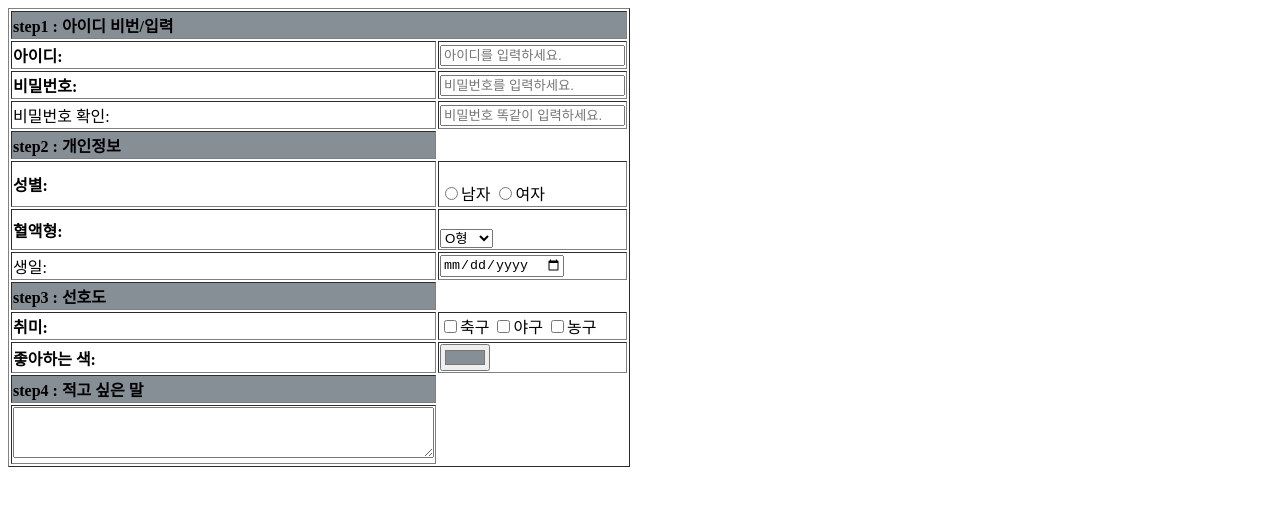
Repository: pillz9408/Jsp-Servlet
Page: jspstudy/day02/src/main/webapp/Lab2Join.html
These files come from the project's save history. The page is drawn as it stood at one moment and after the next save; the edit follows.
The browser window is 1280 px wide. The pictures show the whole page.

Above is the page before, as saved 2022-10-05 06:06:53.

After the next save:
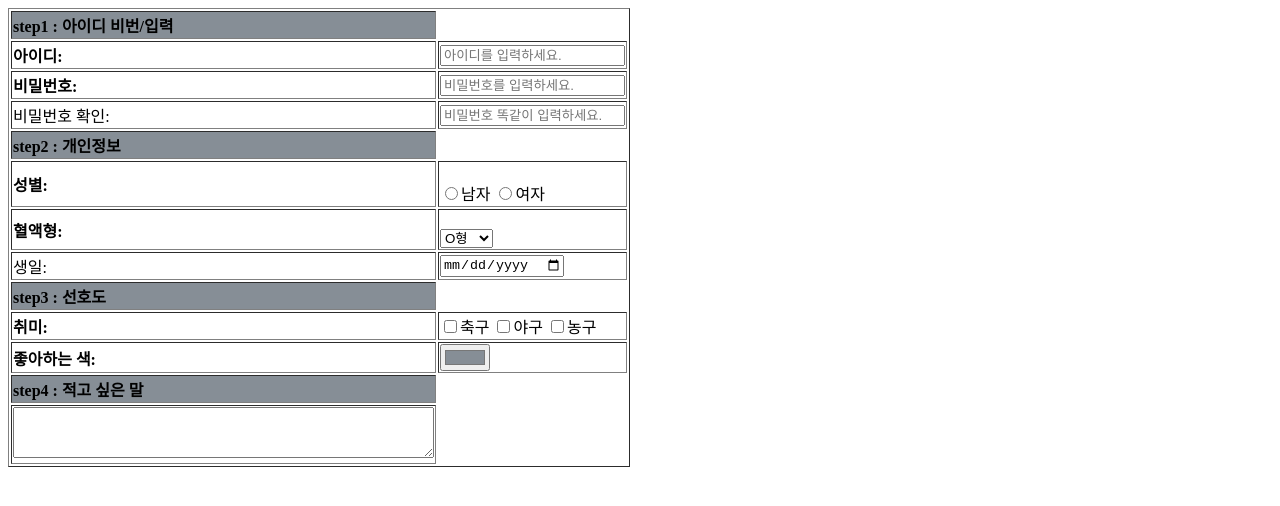
Saved 35 s later.
--- a/jspstudy/day02/src/main/webapp/Lab2Join.html
+++ b/jspstudy/day02/src/main/webapp/Lab2Join.html
@@ -11,23 +11,23 @@
 	<td colspan="2" bgcolor="#868e96"><b>step1 : 아이디 비번/입력</b></td>
 	</tr>
 	<tr>
-	<td><b>아이디:</b></td><td><input type="text" name="id" placeholder="아이디를 입력하세요."></td>
+	<td colspan="2"><b>아이디:</b></td><td><input type="text" name="id" placeholder="아이디를 입력하세요."></td>
 	</tr>
 	<tr>
-	<td><b>비밀번호:</b></td><td><input type="password" name="pass" placeholder="비밀번호를 입력하세요."></td>
+	<td colspan="2"><b>비밀번호:</b></td><td><input type="password" name="pass" placeholder="비밀번호를 입력하세요."></td>
 	</tr>
 	<tr>
-	<td>비밀번호 확인:</td><td><input type="password" name="passcheck" placeholder="비밀번호 똑같이 입력하세요."> </td>
+	<td colspan="2">비밀번호 확인:</td><td><input type="password" name="passcheck" placeholder="비밀번호 똑같이 입력하세요."> </td>
 	</tr>
 	<tr>
 	<td bgcolor="#868e96"><b>step2 : 개인정보</b></td>
 	</tr>
 	<tr>
-	<td><b>성별: </b></td><td><br><input type="radio"name="gender" value="남자">남자
+	<td colspan="2"><b>성별: </b></td><td><br><input type="radio"name="gender" value="남자">남자
 	<input type="radio"name="gender" value="여자">여자</td>
 	</tr>
 	<tr>
-	<td><b>혈액형:</b></td><td><br><select name='btype'>
+	<td colspan="2"><b>혈액형:</b></td><td><br><select name='btype'>
 		<option value="o">O형
 		<option value="A">A형
 		<option value="B">B형
@@ -36,19 +36,19 @@
 		</td>
 	</tr>
 	<tr>
-	<td>생일: </td><td><input type="date" name="date" placeholder="년년년년-월월-일일"></td>
+	<td colspan="2">생일: </td><td><input type="date" name="date" placeholder="년년년년-월월-일일"></td>
 	</tr>
 	<tr>
 	<td bgcolor="#868e96"><b>step3 : 선호도</b></td>
 	</tr>
 	<tr>
-	<td><b>취미:</b></td><td><input type="checkbox" name="hobby" value="축구">축구
+	<td colspan="2"><b>취미:</b></td><td><input type="checkbox" name="hobby" value="축구">축구
 	<input type="checkbox" name="hobby" value="야구">야구
 	<input type="checkbox" name="hobby" value="농구">농구
 	</td>
 	</tr>
 	<tr>
-	<td><b>좋아하는 색:</b></td><td><input type="color" name="color" value="#868e96"></td>
+	<td colspan="2"><b>좋아하는 색:</b></td><td><input type="color" name="color" value="#868e96"></td>
 	</tr>
 	<tr>
 	<td bgcolor="#868e96"><b>step4 : 적고 싶은 말</b></td>
